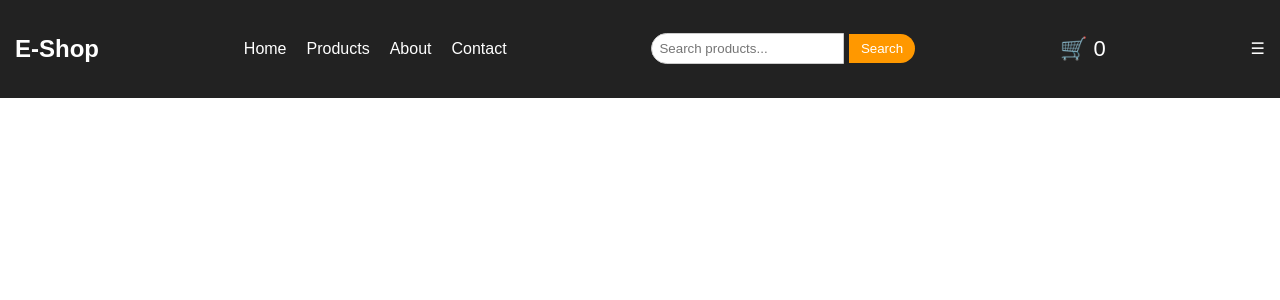
Repository: vsudhanshu-codes/ecommerce-frontend
Page: index.html
The author's editor kept a copy of each file at every save. The page is drawn from the files as they stood at one save, then again after the next save.
The browser window is 1280 px wide. The pictures show the whole page.

Above is the page before, as saved 2026-03-10 17:08:06.

After the next save:
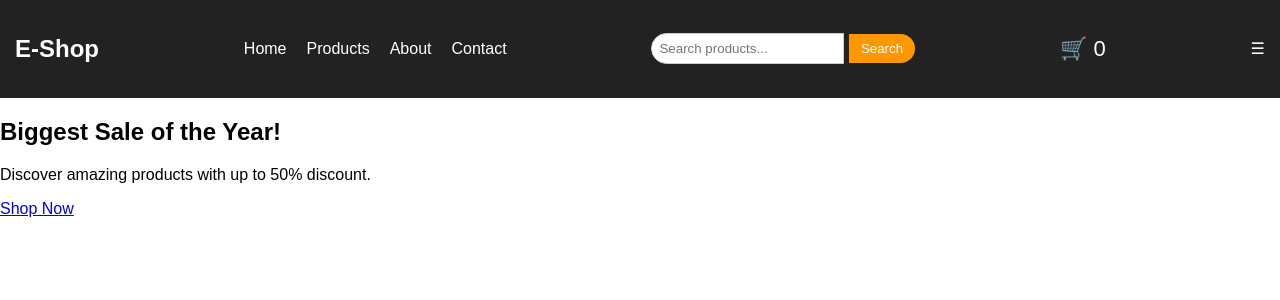
Saved 11 min 59 s later.
--- a/index.html
+++ b/index.html
@@ -39,6 +39,19 @@
     </div>
 
 </header>
+<section class="hero">
+
+  <div class="hero-content">
+
+    <h1>Biggest Sale of the Year!</h1>
+
+    <p>Discover amazing products with up to 50% discount.</p>
+
+    <a href="#products" class="cta-btn">Shop Now</a>
+
+  </div>
+
+</section>
     <script src="scripts/app.js"></script>
 </body>
 </html>
